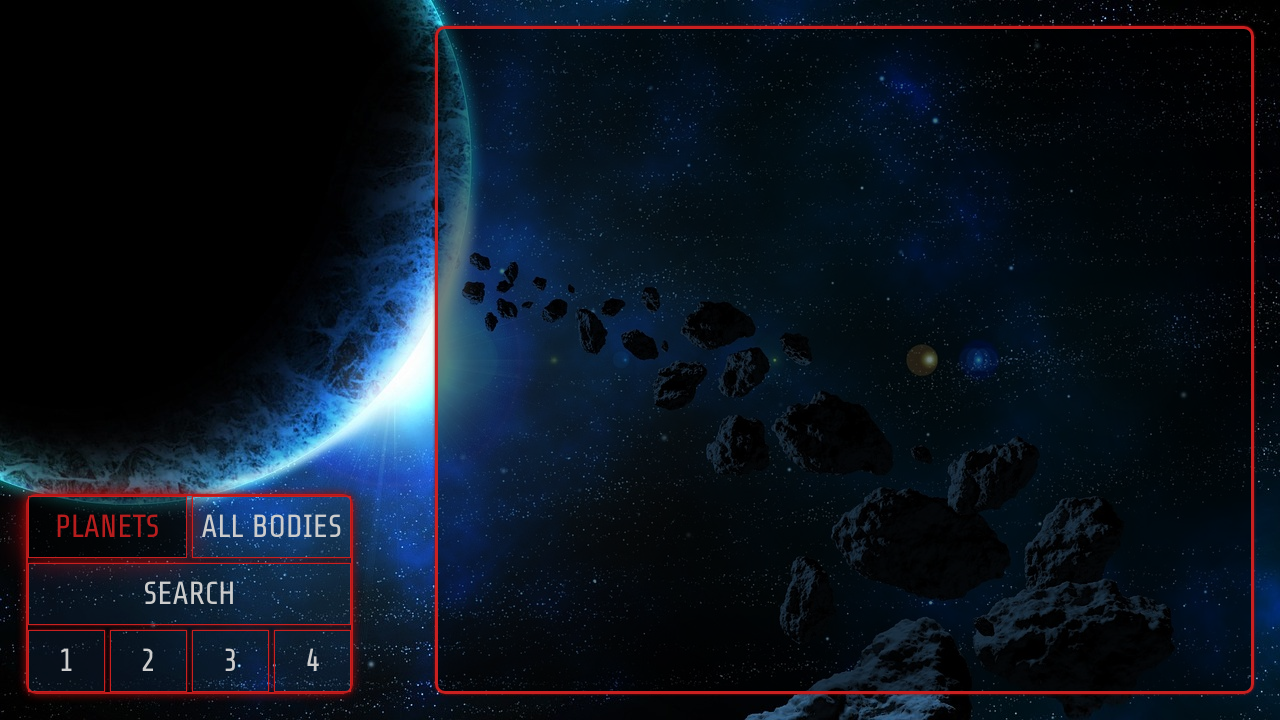
Repository: Przemek-Szadkowski/space-bodies
Page: /
The author's editor kept a copy of each file at every save. The page is drawn from the files as they stood at one save, then again after the next save.
The browser window is 1280 px wide. The pictures show the whole page.
The pointer rests on the first visible `.dashboard__btn`.
The page's requests for data from a server got no answer. The project was rebuilt for these pictures with package versions that can differ from the ones it lists, and the page was loaded fresh each time. No one was signed in, and anything a server would have sent is missing. Also part of the build but not shown: src/components/BodieRecord.js.

Above is the page before, as saved 2021-11-26 21:13:50.

### public/index.html
<!DOCTYPE html>
<html lang="en">
  <head>
    <meta charset="utf-8" />
    <meta name="viewport" content="width=device-width, initial-scale=1" />
    <meta />
    <title>Space-bodies</title>
    <link
      href="https://fonts.googleapis.com/css2?family=Share+Tech&display=swap"
      rel="stylesheet"
    />
  </head>
  <body>
    <noscript>You need to enable JavaScript to run this app.</noscript>
    <div id="root"></div>
  </body>
</html>

### src/index.css
* {
  margin: 0;
  padding: 0;
  box-sizing: border-box;
  font-family: "Share Tech", sans-serif;
}

body {
  height: 100vh;
  width: 100%;
  background-image: url(./images/space-g1a6520065_1280.jpg);
  background-position: center;
  background-repeat: no-repeat;
  background-size: cover;
  overflow: hidden;
  transition: 1s;
}

main {
  height: 100vh;
  width: 100%;
  padding: 2%;
  display: grid;
  grid-template-columns: 1fr 2fr;
  grid-template-rows: 1fr 1fr;
}

/***DASHBOARD ***/

.dashboard {
  display: grid;
  grid-template-columns: repeat(4, 1fr);
  grid-template-rows: repeat(3, 1fr);
  column-gap: 5px;
  row-gap: 5px;
  align-self: end;
  justify-self: start;
  grid-area: 2/1/3/2;
  height: 200px;
  width: 80%;
  border: 2px solid rgb(202, 32, 32);
  border-radius: 10px;
  box-shadow: 0 0 10px rgb(155, 11, 11);
}

.dashboard__btn {
  display: flex;
  justify-content: center;
  align-items: center;
  height: 100%;
  width: 100%;
  /* color: rgba(202, 32, 32, 0.7); */
  color: #ccc;
  font-size: 2rem;
  border: 1px solid rgb(202, 32, 32);
  box-shadow: 0 0 3px rgb(155, 11, 11);
  background-color: transparent;
  transition: 0.5s;
  text-transform: uppercase;
  background-color: rgba(39, 123, 201, 0.1);
}

.dashboard__btn:hover {
  cursor: pointer;
  box-shadow: 0 0 30px rgb(155, 11, 11);
  color: rgba(202, 32, 32, 0.9);
  background-color: rgba(0, 0, 0, 0.6);
}

.dashboard__btn__main:nth-child(1) {
  grid-column: 1/3;
}

.dashboard__btn__main:nth-child(2) {
  grid-column: 3/5;
}

.dashboard__btn__start {
  grid-column: 1/5;
}

/*** Main Text Area ***/

.text {
  display: flex;
  justify-content: center;
  align-items: center;
  grid-area: 1/2/3/3;
  height: 100%;
  width: 100%;
  border: 3px solid rgb(202, 32, 32);
  box-shadow: 0 0 3px rgb(155, 11, 11);
  border-radius: 10px;
  background-color: rgba(0, 0, 0, 0.5);
  overflow: scroll;
  -ms-overflow-style: none; /* IE and Edge */
  scrollbar-width: none; /* Firefox */
}

.text::-webkit-scrollbar {
  display: none; /* Chrome, Opera */
}

.mainList {
  width: 99%;
  height: 100%;
  padding: 5px 0;
  border-radius: 10px;
  display: grid;
  grid-template-columns: repeat(4, 1fr);
  grid-template-rows: auto;
  gap: 7px;
}

.record {
  color: rgba(202, 32, 32, 0.7);
  width: 100%;
  display: grid;
  grid-template-columns: 1fr;
  grid-template-rows: 1fr;
  background-color: rgba(39, 123, 201, 0.1);
  border: 2px solid rgb(6, 32, 56);
  border-radius: 10px;
  padding: 15px;
  transition: 0.5s;
}

.record:hover {
  cursor: pointer;
  background-color: rgba(39, 123, 201, 0.3);
  color: rgba(202, 32, 32, 0.9);
}

.record p {
  width: 100%;
  font-size: 1.8rem;
  margin-left: 20px;
}

.record p.bodie-data {
  font-size: 1rem;
  color: #bbb;
}

### src/App.js
import React, { useState, useEffect } from 'react';
import BodiesTable from "./components/BodiesTable";
import Dashboard from "./components/Dashboard";

const ENDPOINT = 'https://api.le-systeme-solaire.net/rest/bodies/';

function App() {

  const [bodies, setBodies] = useState([]);
  const [arePlanets, setArePlanets] = useState(false);

  const getData = async () => {
    const response = await fetch(ENDPOINT);
    const bodiesData = await response.json();
    setBodies(bodiesData);
  }

  const showPlanets = () => {
    setArePlanets(true);
  }

  const showAllBodies = () => {
    setArePlanets(false);
  }

  useEffect(() => {
      getData();
  }, []);

  return (
    <main>
      <Dashboard showPlanets={showPlanets} showAllBodies={showAllBodies}/>
      <BodiesTable bodies={arePlanets ? bodies.bodies.filter(body => body.isPlanet) : bodies.bodies}/>
    </main>
  );
}

export default App;

### src/components/BodiesTable.js
import React from 'react';
import BodieRecord from './BodieRecord';

export default function BodiesTable(props) {
    return (
        <div className="text">
            <div className="mainList">
               {props.bodies && props.bodies.map( bodie => {
                   return <BodieRecord key={bodie.id} data={bodie}/>
               })}
            </div>
        </div>
    )
}

### src/components/Dashboard.js
import React from 'react'

export default function Dashboard(props) {
    return (
        <div className="dashboard">
            <button
            className="dashboard__btn dashboard__btn__main dashboard__btn__main__planets" onClick={props.showPlanets}>Planets</button>
            <button className="dashboard__btn dashboard__btn__main" onClick={props.showAllBodies}>All bodies</button>
            <button className="dashboard__btn dashboard__btn__start">Search</button>
            <button className="dashboard__btn dashboard__btn__options">1</button>
            <button className="dashboard__btn dashboard__btn__options">2</button>
            <button className="dashboard__btn dashboard__btn__options">3</button>
            <button className="dashboard__btn dashboard__btn__options">4</button>
        </div>
    )
}

Loaded but not shown: src/index.js (common file)

After the next save:
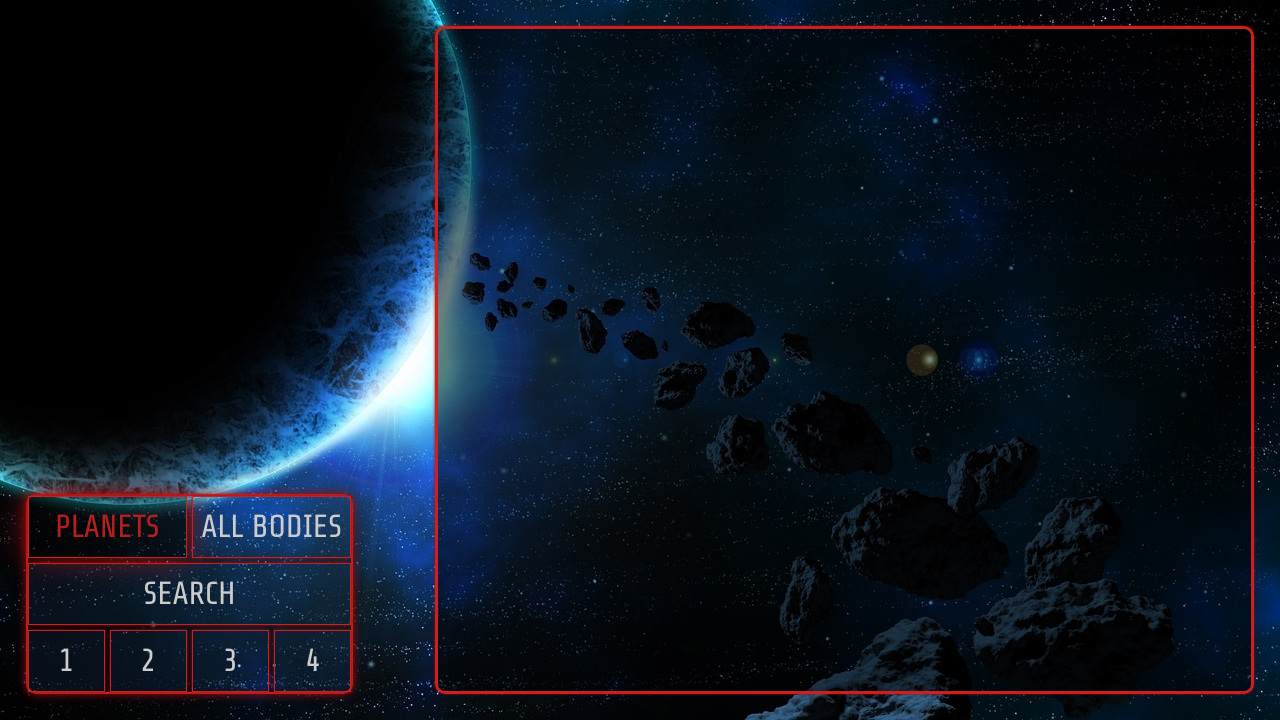
Saved 5 s later.
--- a/src/index.css
+++ b/src/index.css
@@ -64,7 +64,7 @@ main {
   cursor: pointer;
   box-shadow: 0 0 30px rgb(155, 11, 11);
   color: rgba(202, 32, 32, 0.9);
-  background-color: rgba(0, 0, 0, 0.6);
+  background-color: rgba(0, 0, 0, 0.4);
 }
 
 .dashboard__btn__main:nth-child(1) {
